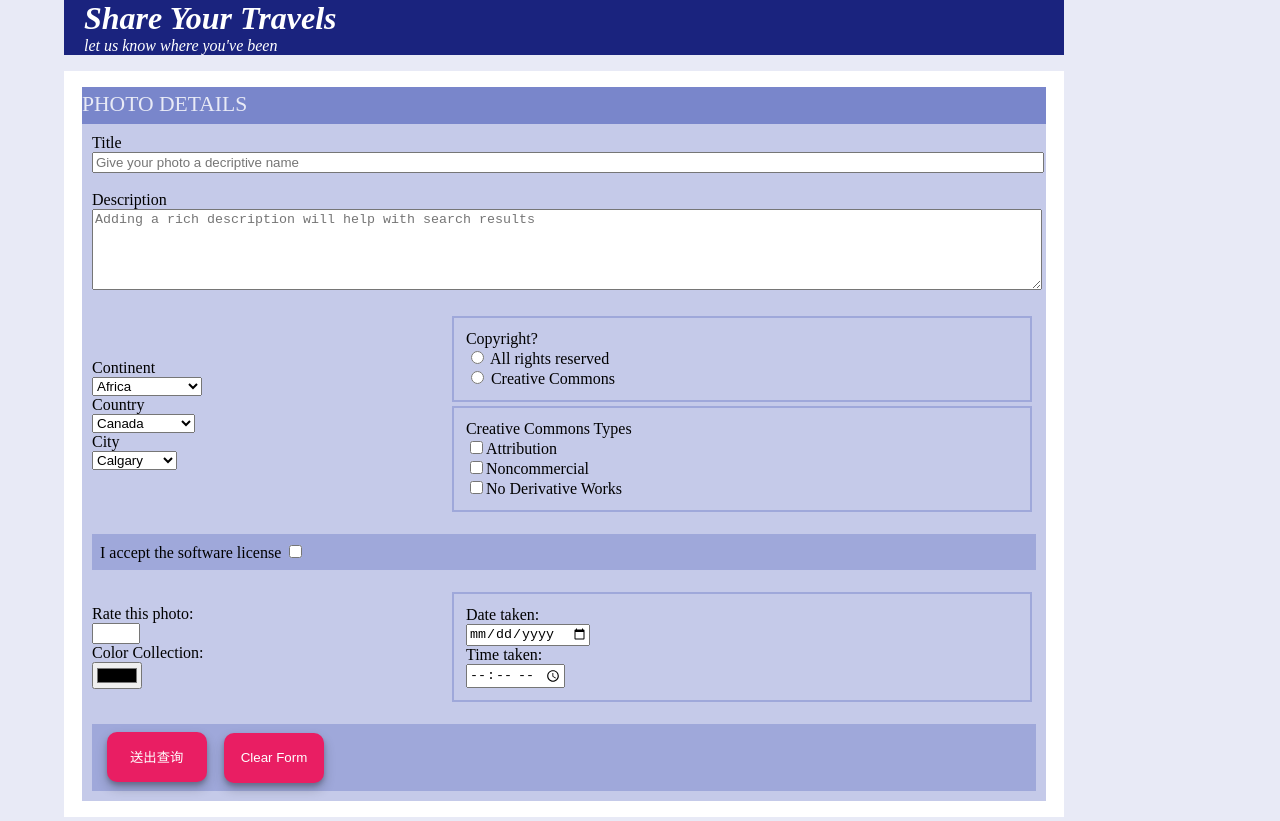
Repository: thomasTAT/UM
Page: cisc3003/CISC3003-EclipseWS-Practices-2023/CISC3003-Practice04-2023FEB17/public/cisc3003-practice04.html
These files come from the project's save history. The page is drawn as it stood at one moment and after the next save; the edit follows.
The browser window is 1280 px wide. The pictures show the whole page.

Above is the page before, as saved 2023-02-24 02:06:37.

After the next save:
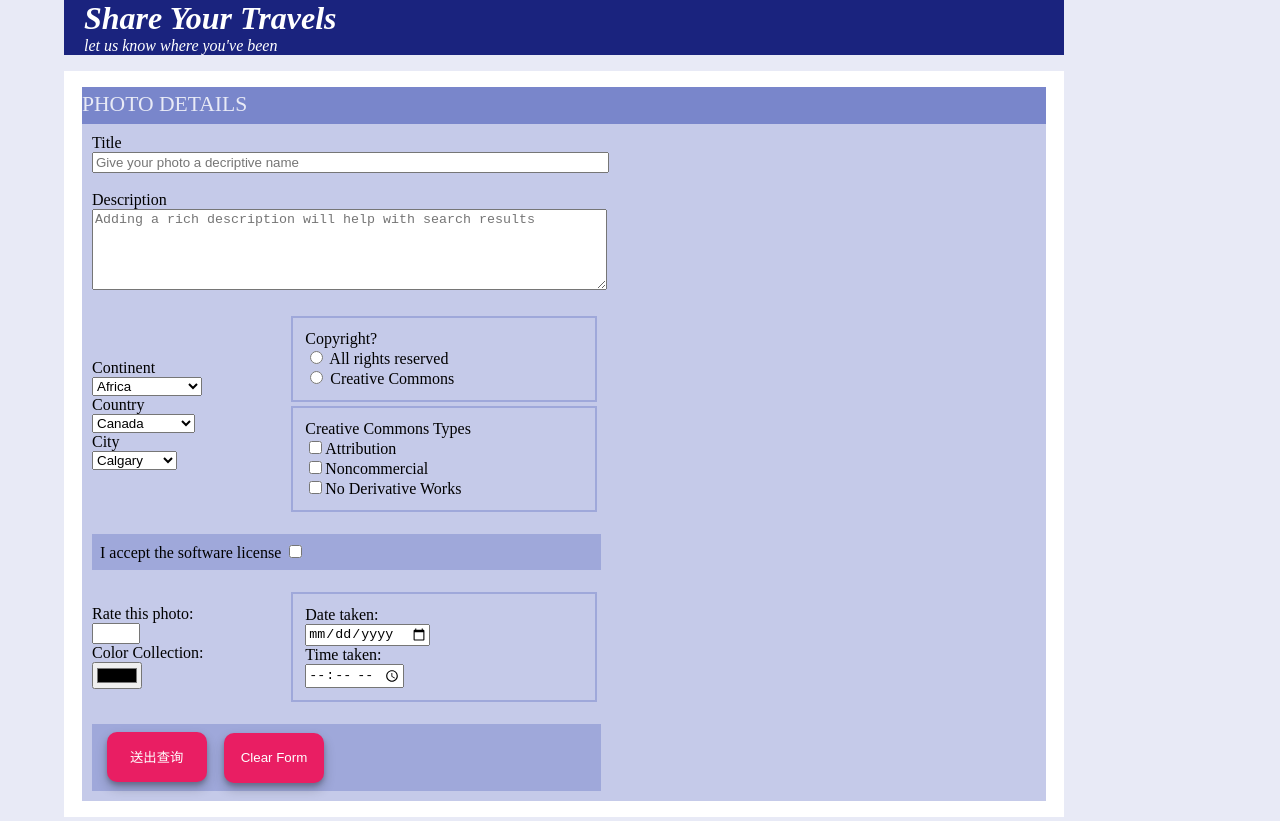
Saved 10 h 43 min later.
--- a/cisc3003/CISC3003-EclipseWS-Practices-2023/CISC3003-Practice04-2023FEB17/public/css/cisc3003-practice04.css
+++ b/cisc3003/CISC3003-EclipseWS-Practices-2023/CISC3003-Practice04-2023FEB17/public/css/cisc3003-practice04.css
@@ -55,10 +55,7 @@
     padding: 0.5em;
 }
 
-form table {
-    width: 100%;
-    padding: 0 !important;
-}
+
 
 .border {
     border: 2px solid #9fa8da;

After the save that followed:
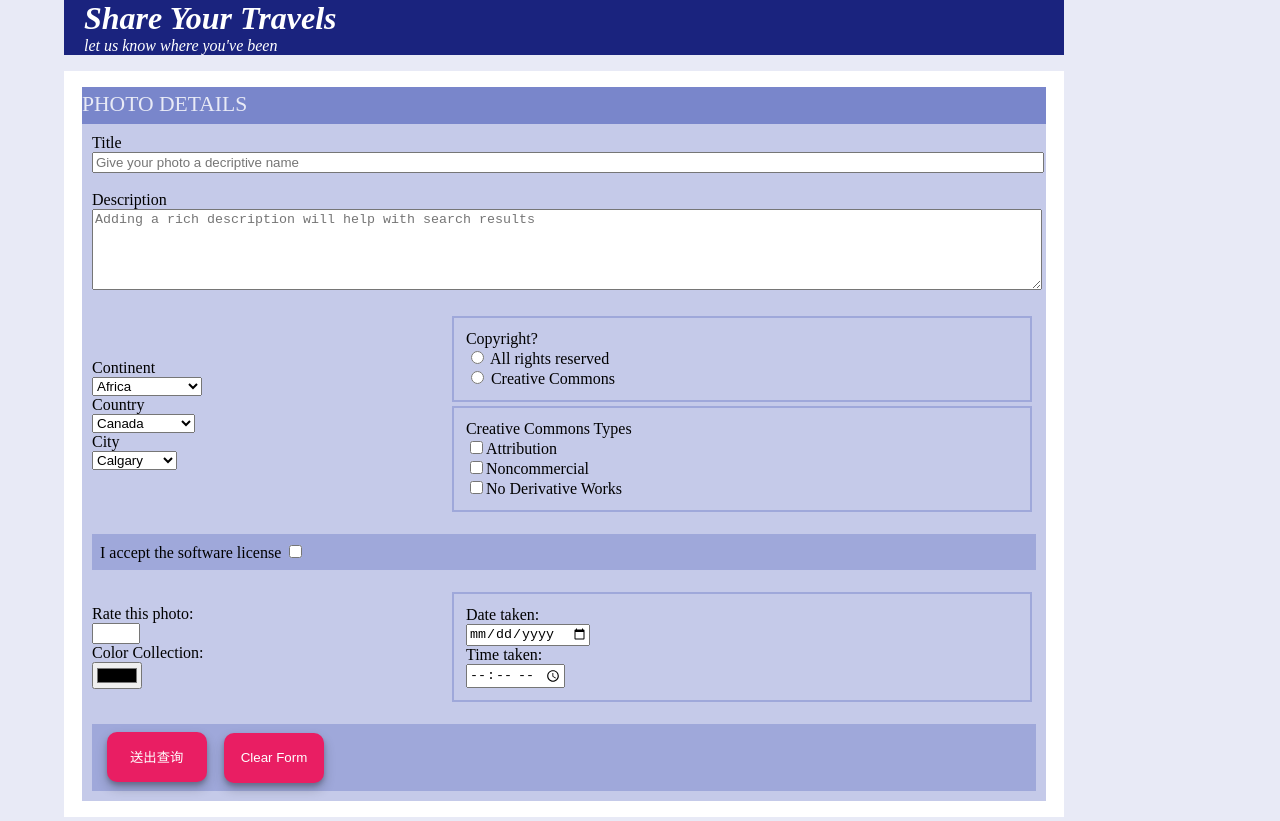
Saved 5 s later.
--- a/cisc3003/CISC3003-EclipseWS-Practices-2023/CISC3003-Practice04-2023FEB17/public/css/cisc3003-practice04.css
+++ b/cisc3003/CISC3003-EclipseWS-Practices-2023/CISC3003-Practice04-2023FEB17/public/css/cisc3003-practice04.css
@@ -55,7 +55,10 @@
     padding: 0.5em;
 }
 
-
+form table {
+    width: 100%;
+    padding: 0 !important;
+}
 
 .border {
     border: 2px solid #9fa8da;
